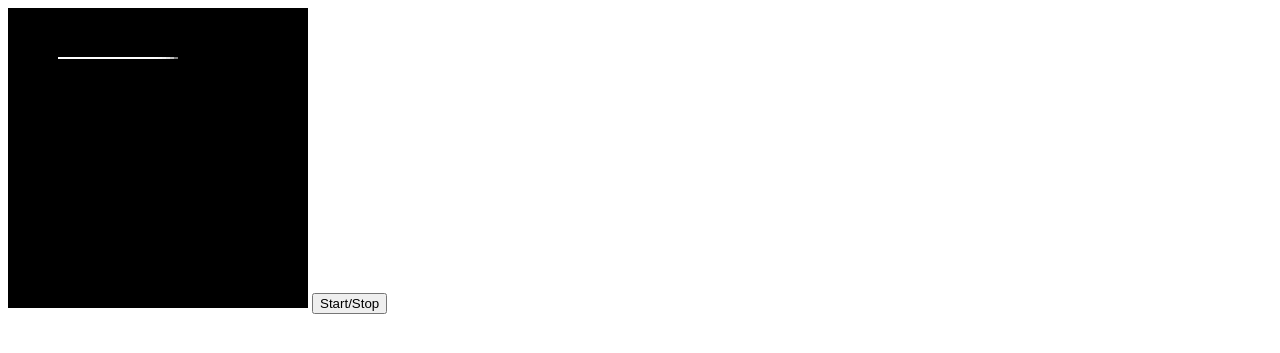
Repository: shadowroot/workspace
Page: http://localhost/test.php
The author's editor kept a copy of each file at every save. The page is drawn from the files as they stood at one save, then again after the next save.
The browser window is 1280 px wide. The pictures show the whole page.
After loading, the first visible `#pause` was clicked once.
The page is run by PHP 8.4 with error messages shown; the project is at /var/www/html/.

Above is the page before, as saved 2012-02-08 21:08:10.

After the next save:
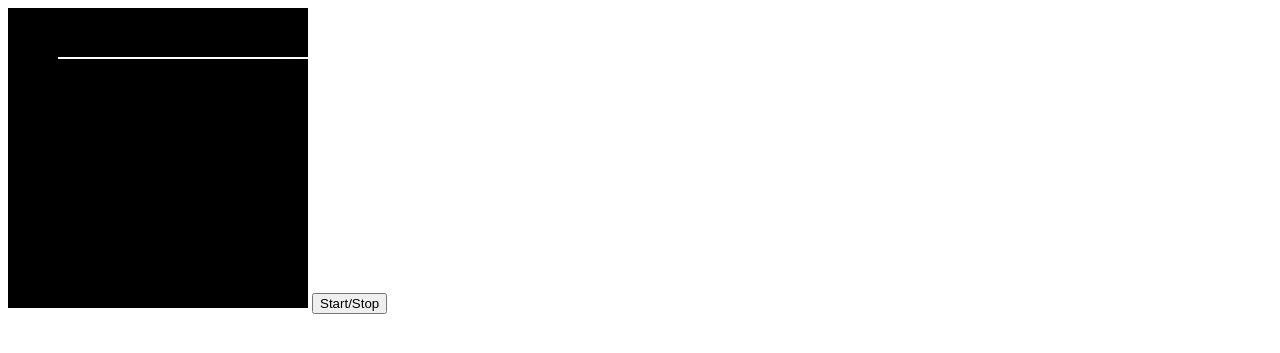
Saved 5 min 30 s later.
--- a/javascript_achtung_die_kurve/test.php
+++ b/javascript_achtung_die_kurve/test.php
@@ -130,8 +130,8 @@ function game(){
 	};
 	game.change_vector = function(i){
 		if(game.hero[i].running){
-			var x = Math.cos(game.hero[i].angle/10)*4;
-			var y = Math.sin(game.hero[i].angle/10)*4;
+			var x = Math.cos(game.hero[i].angle)*10;
+			var y = Math.sin(game.hero[i].angle)*10;
 
 			game.hero[i].direction = [x,y];
 
